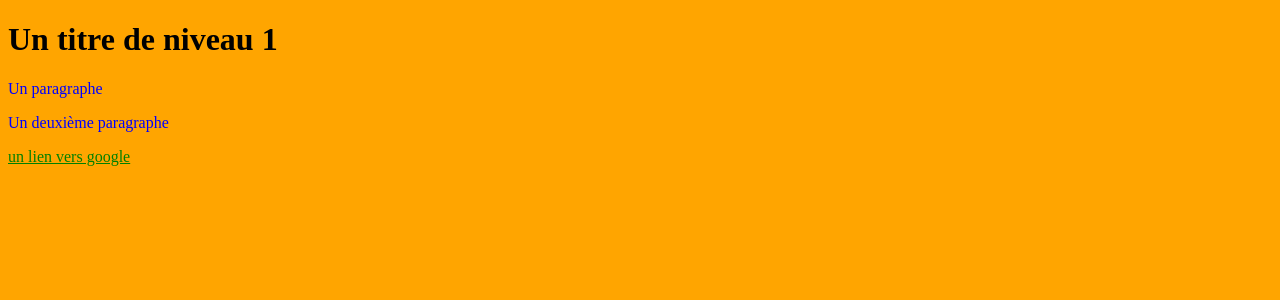
Repository: serviceshuios/Git-Aix-Web
Page: bases-html-css/WebContent/index.html
An editor plug-in stored every save of this project. The page is shown before and after the next save, followed by the edit.
The browser window is 1280 px wide. The pictures show the whole page.

Above is the page before, as saved 2018-10-22 13:36:10.

After the next save:
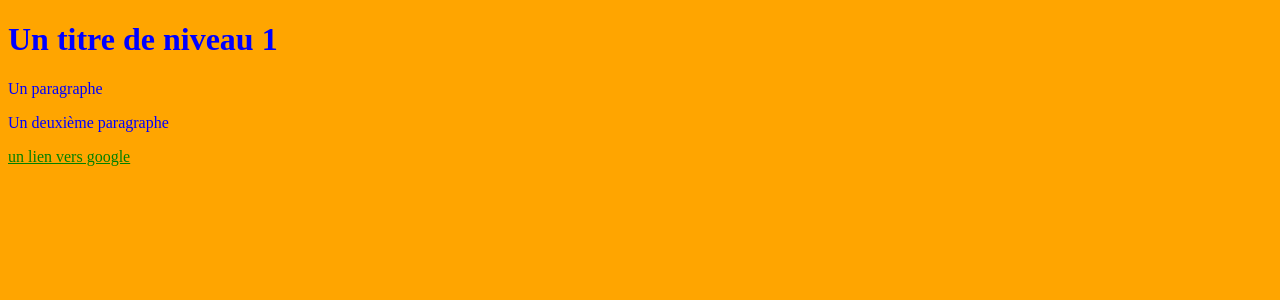
Saved 20 s later.
--- a/bases-html-css/WebContent/css/style.css
+++ b/bases-html-css/WebContent/css/style.css
@@ -9,6 +9,9 @@ p {
 	/*font-size: 16px;*/
 }
 
+h1 {
+	color:blue;
+}
 a {
 	color:green;
 }
